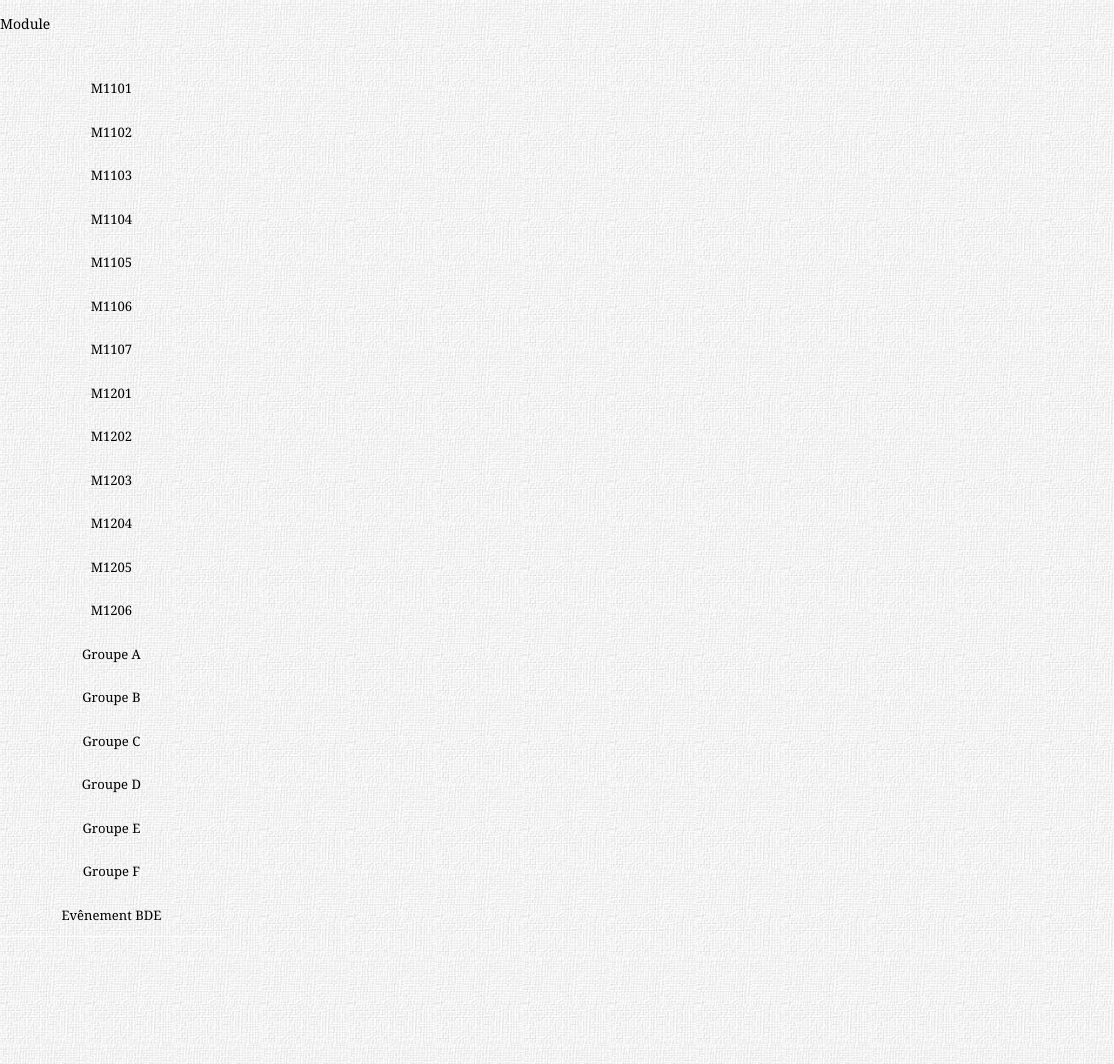
Repository: ValentinArg/PETUT
Page: http://localhost/PETUT/WEB-INF/jsp/eleve/semestre1.jsp
The author's editor kept a copy of each file at every save. The page is drawn from the files as they stood at one save, then again after a run of saves.
The browser window is 1280 px wide. The pictures show the whole page, at 87% of full size.
Some web libraries are served in a nearby version. The page is served by Tomcat 9. Nobody is signed in. Other server files are loaded and not shown. The template is opened directly, without the code that normally fills it, so the values that code supplies are empty.

Above is the page before, as saved 2016-10-02 11:07:56.

### PETUT/WebContent/WEB-INF/jsp/eleve/semestre1.jsp
<%@ page language="java" contentType="text/html; charset=ISO-8859-1"
    pageEncoding="ISO-8859-1"%>
<!DOCTYPE html PUBLIC "-//W3C//DTD HTML 4.01 Transitional//EN" "http://www.w3.org/TR/html4/loose.dtd">
<html>
<head>
<meta http-equiv="Content-Type" content="text/html; charset=ISO-8859-1">
<link rel ="stylesheet" href = "/PETUT/css/main.css"/>
<link rel ="stylesheet" href = "/PETUT/css/allSemestres.css"/>
<title>Insert title here</title>
</head>
<body>

	<jsp:include page="../enTete.jsp"/>
	<div class="navigation" id="navigation">
		<ul>
			<li class="parent" id="parent1"><p class="module">M1101</p></li>
			<li class="parent" id="parent2"><p class="module">M1102</p></li>
			<li class="parent" id="parent1"><p class="module">M1103</p></li>
			<li class="parent" id="parent2"><p class="module">M1104</p></li>
			<li class="parent" id="parent1"><p class="module">M1105</p></li>
			<li class="parent" id="parent2"><p class="module">M1106</p></li>
			<li class="parent" id="parent1"><p class="module">M1107</p></li>
			<li class="parent" id="parent2"><p class="module">M1201</p></li>
			<li class="parent" id="parent1"><p class="module">M1202</p></li>
			<li class="parent" id="parent2"><p class="module">M1203</p></li>
			<li class="parent" id="parent1"><p class="module">M1204</p></li>
			<li class="parent" id="parent2"><p class="module">M1205</p></li>
			<li class="parent" id="parent1"><p class="module">M1206</p></li>
			<li class="parent" id="parent1"><p class="module">Groupe A</p></li>
			<li class="parent" id="parent2"><p class="module">Groupe B</p></li>
			<li class="parent" id="parent1"><p class="module">Groupe C</p></li>
			<li class="parent" id="parent2"><p class="module">Groupe D</p></li>
			<li class="parent" id="parent1"><p class="module">Groupe E</p></li>
			<li class="parent" id="parent2"><p class="module">Groupe F</p></li>
			<li class="parent" id="parent1"><p class="module">Evênement BDE</p></li>

		</ul>

	</div>
	<div class="conteneurGeneral" id="conteneurGeneral">
	</div>
	<script type="text/javascript">

		var haut = false
		function slideUp(){
			if(!haut){
				$('#navigation').animate({ top: "-=100%"}, 200 );
				if($('#navigation').is(':animated')){
					checkAnimate();
				}
				haut = true;
			}else{
				document.getElementById('conteneurGeneral').style.marginLeft="20%";
				document.getElementById('conteneurGeneral').style.width="80%";
				$('#navigation').animate({ top: "+=100%"}, 200 );
				haut = false;
			}
		}

		function checkAnimate() {
            if( $( '#navigation' ).is( ':animated' )) {
                setTimeout(function() {
                    checkAnimate();
                }, 0 );
            }else{
            	if(haut){
            		document.getElementById('conteneurGeneral').style.marginLeft="0%";
            		document.getElementById('conteneurGeneral').style.width="100%";
            	}
            }
        }

		$( '#boutonHautBas' ).click(function(){
			slideUp()});
	</script>
</body>
</html>

### PETUT/WebContent/WEB-INF/jsp/enTete.jsp
<%@ page language="java" contentType="text/html; charset=ISO-8859-1"
    pageEncoding="ISO-8859-1"%>
<!DOCTYPE html PUBLIC "-//W3C//DTD HTML 4.01 Transitional//EN" "http://www.w3.org/TR/html4/loose.dtd">
<html>
<head>
	<meta http-equiv="Content-Type" content="text/html; charset=ISO-8859-1">
	<title>Insert title here</title>
	<link rel ="stylesheet" href = "/PE2I/css/main.css"/>
	<script src="https://code.jquery.com/jquery-1.12.4.js"></script>
  	<script src="https://code.jquery.com/ui/1.12.1/jquery-ui.js"></script>

</head>
<body>
	<div class=enTete>
		<p class="boutonHautBas" id="boutonHautBas">Module</p>
		<ul class="nav" id="nav">
			<c:forEach var="forum" items="${listeForum}">
				<li class=" partie"><a class="forum" id="${forum.id}"><c:out value="${forum.nom}"/></a></li>
			</c:forEach>
			<!-- <li class="partie" id="banniere"><a>PETUT</a></li>-
			<li class=" partie"><a class="forum" id="1">Cours</a></li>
			<li class="partie"><a class="forum" id="2">Travaux Dirigées</a></li>
			<li class="partie"><a class="forum" id="3">Travaux Pratiques</a></li>
			<li class="partie"><a class="forum" id="4">Partiels</a></li>
			<li class="partie"><a>Mon Compte</a></li>-->
		</ul>
	</div>

</body>
</html>

### PETUT/WebContent/css/main.css
@CHARSET "ISO-8859-1";

@CHARSET "UTF-8";
/* Général ------------------------------------------------------------------------------------- */

html {
  height: 100%;
  box-sizing: border-box;
}

*,
*:before,
*:after {
  box-sizing: inherit;
}

body {
	background-image : url(../images/fond.jpg);
	position: relative;
 	margin: 0;
  padding-bottom: 6rem;
  min-height: 100%;
}

body,p,legend, label, input {
    font: normal 8pt;
    font-family:  Georgia, serif;
}

header img {
	width:470px;
	display:inline;
}
header .logoiut{
	height:135px;
	width:215px;
}
header{

	height:135px;
	margin-left:auto;
	margin-right:auto;
	background-image : url(../images/fondbanniere.jpg);
	width:85%;
	min-width:880px;
}
nav {
	width:85%;
	min-width:880px;
	margin-left:auto;
	margin-right:auto;
	text-align:left;

}
.general{
	width:85%;
	min-width:880px;
	margin-left:auto;
	margin-right:auto;
	background-image:url(../images/fondgeneral.jpg);
	padding-top:30px;
	padding-bottom:10px;
	min-height:69vh;
	margin-bottom:-24px;
}
footer {
	width:85%;
	min-width:880px;
	margin-left:auto;
	margin-right:auto;
	font-size:80%;
	position: absolute;
  	right: 0;
  	bottom: 0;
  	left: 0;
  	padding: 1rem;
  	margin-top:0;
	background-image:url(../images/fondgeneral.jpg);
}

### PETUT/WebContent/css/allSemestres.css
.parent{

	list-style:none;
	font-size:15px;
	cursor:pointer;
	width:100%;
	display:inline-block;

}

.navigation ul{
	width:100%;
	display:inline-block;

}




ul{
	margin:0;
	padding:0;
}

.ue {

	border-top:solid 1px white;
	display:block;
	padding:10px;
	text-align:center;
	background-color:#4CAF50;
	margin:0;
}

.ue:hover{
	color:white;
}

.module p{

	border:none;
	border-bottom:solid 1px white;
	display: block;
	padding:10px;
	text-align:center;
	background-color:#333;
	margin:0;


}

.module p:hover{
	color:white;
	cursor:pointer;
}

.semestres{
	background-color:#4CAF50;

}

a{
	cursor:pointer;
}





body{

	margin:0;
	padding:0;
}



.navigation{

	display:inline-block;
	list-style : none;
	margin:0;
	padding:0;
	position: relative;
	z-index:5;
	width:20%;
	border-bottom:solid 1px white;
	text-align:center;
	height:95.5%;
	max-height:95.3%;
	overflow: auto;


}

.conteneurGeneral{
	text-align:justify;
	display:inline-block;
	height:100%;
	position:relative;
	width: 80%;
	margin:0;
	margin-left:20%;
	padding:0;
	margin-top:50px;
	vertical-align:top;

}

.selection{
	display:block;
	vertical-align:top;
	list-style : none;
	margin:0;
	background: Grey;
	z-index:5;
	height:4.7%;
	border-bottom:solid 1px white;
	text-align: center;

}



.type {
	display: inline-block;
	padding:8px;
	font-size:20px;
	height:20px;
	vertical-align:top;
	width:20%;

}

.type p {
	margin:0;
	padding:0;
	color:white;
	cursor:pointer;
}

.type:hover{
	background:#333;

}

.tableauTopic{
	text-align: center;
	position:relative;
	display:block;

}

After the next 3 saves:
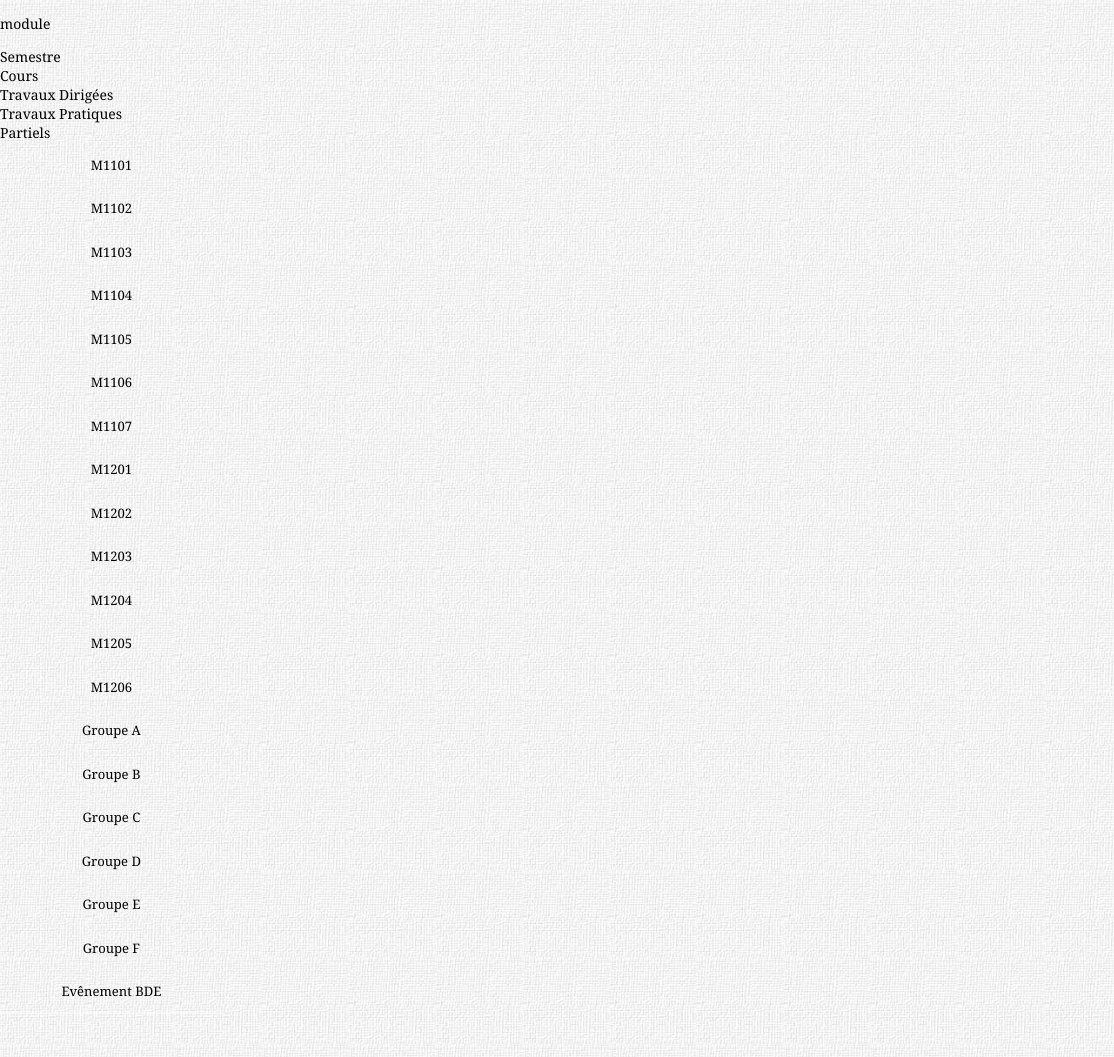
Console error: ReferenceError: $ is not defined
The 3 saves are shown as one change because they came seconds apart.
The last was saved 46 min 34 s later.
--- a/PETUT/WebContent/WEB-INF/jsp/eleve/semestre1.jsp
+++ b/PETUT/WebContent/WEB-INF/jsp/eleve/semestre1.jsp
@@ -10,7 +10,15 @@
 </head>
 <body>
 
-	<jsp:include page="../enTete.jsp"/>
+	<p class="boutonHautBas" id="boutonHautBas">module</p>
+		<ul class="nav" id="nav">
+			<!-- <li class="partie" id="banniere"><a>PETUT</a></li>-->
+			<li class="partie"><a>Semestre</a></li>
+			<li class=" partie"><a>Cours</a></li>
+			<li class="partie"><a>Travaux Dirigées</a></li>
+			<li class="partie"><a>Travaux Pratiques</a></li>
+			<li class="partie"><a>Partiels</a></li>
+		</ul>
 	<div class="navigation" id="navigation">
 		<ul>
 			<li class="parent" id="parent1"><p class="module">M1101</p></li>

After the 3 saves that followed:
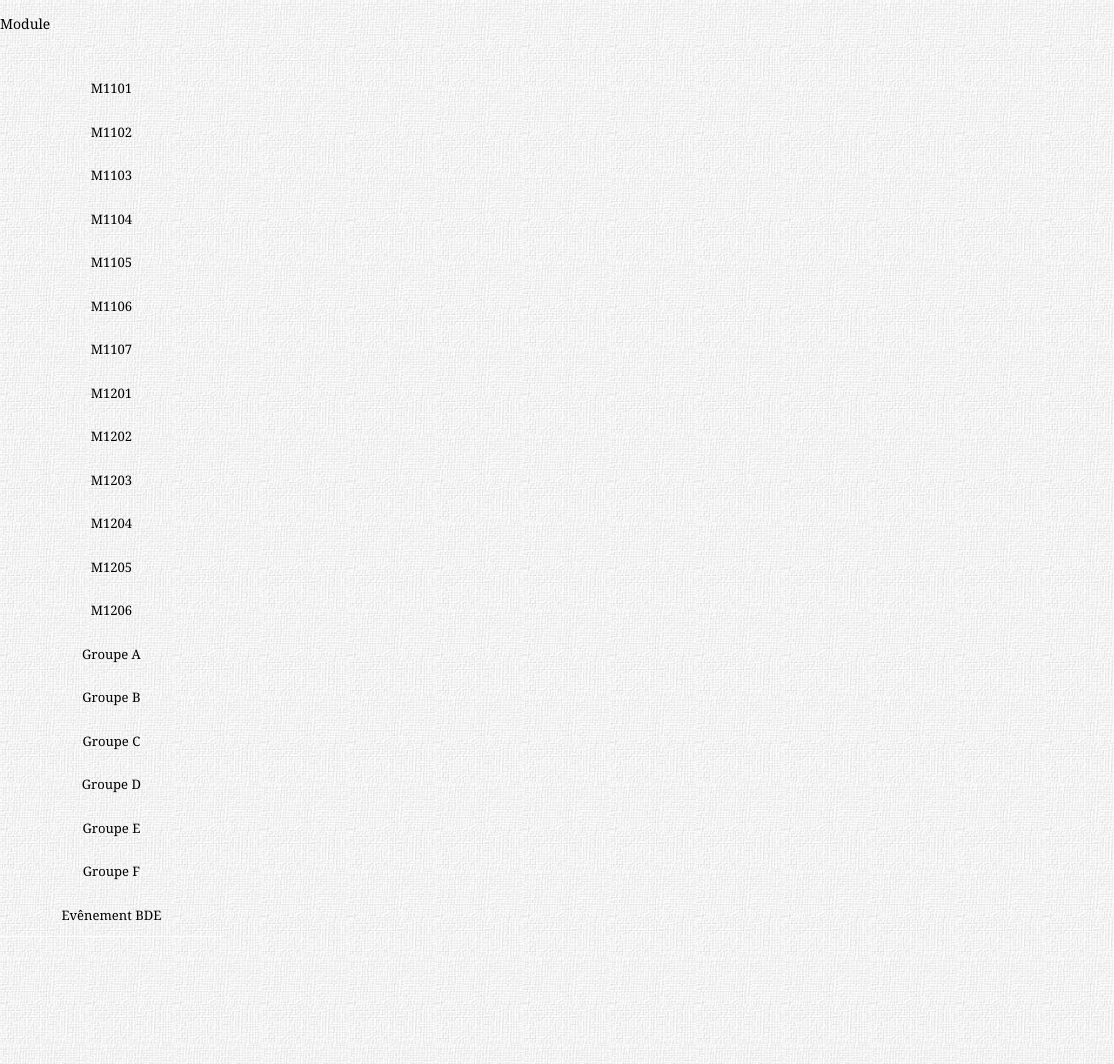
The error is gone.
The 3 saves are shown as one change because 1 left the picture as it was and some came seconds apart.
The last was saved 42 s later.
--- a/PETUT/WebContent/WEB-INF/jsp/eleve/semestre1.jsp
+++ b/PETUT/WebContent/WEB-INF/jsp/eleve/semestre1.jsp
@@ -10,15 +10,7 @@
 </head>
 <body>
 
-	<p class="boutonHautBas" id="boutonHautBas">module</p>
-		<ul class="nav" id="nav">
-			<!-- <li class="partie" id="banniere"><a>PETUT</a></li>-->
-			<li class="partie"><a>Semestre</a></li>
-			<li class=" partie"><a>Cours</a></li>
-			<li class="partie"><a>Travaux Dirigées</a></li>
-			<li class="partie"><a>Travaux Pratiques</a></li>
-			<li class="partie"><a>Partiels</a></li>
-		</ul>
+	<jsp:include page="../enTete.jsp"/>
 	<div class="navigation" id="navigation">
 		<ul>
 			<li class="parent" id="parent1"><p class="module">M1101</p></li>
